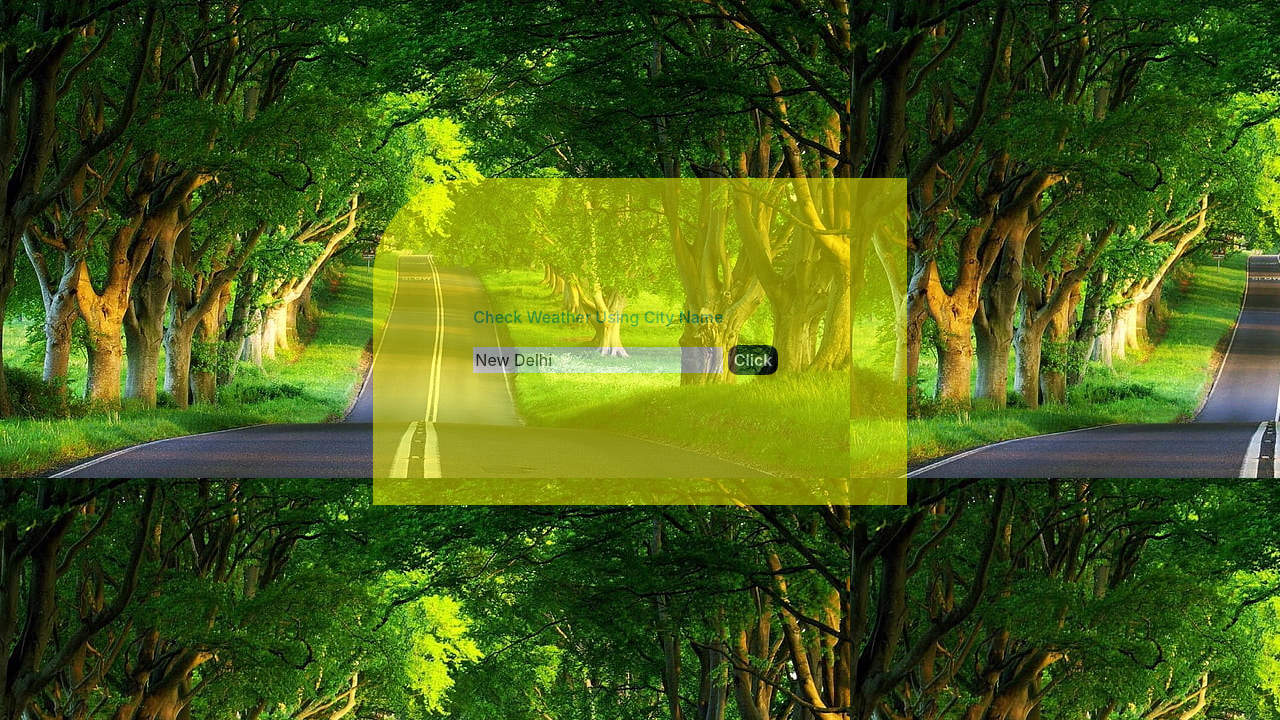
Repository: prashantkumarbind/Hospital-Weather-Concept
Page: http://localhost/weather-app/
The author's editor kept a copy of each file at every save. The page is drawn from the files as they stood at one save, then again after the next save.
The browser window is 1280 px wide. The pictures show the whole page.
The page is served by Tomcat 9. Other server files are loaded and not shown.

Above is the page before, as saved 2024-01-19 07:47:45.

### weather-app/src/main/webapp/index.jsp
<%@ page language="java" contentType="text/html; charset=ISO-8859-1"
    pageEncoding="ISO-8859-1"%>
<!DOCTYPE html>
<html>
<head>
<meta charset="ISO-8859-1">
<meta charset="utf-8">
<meta name="viewport" content="width=device-width, initial-scale=1, shrink-to-fit=no">
<link rel="stylesheet" href="https://cdn.jsdelivr.net/npm/bootstrap@4.6.2/dist/css/bootstrap.min.css">
<title>weather app</title>
<style>
	body{
		 background-image: url("img/we3.jpg");
	}
	.controller{
		margin-top:130px;
		background-color:yellow;
		padding:130px 100px;
		opacity: 0.50;
		border-top-left-radius:100px;
	}
	.button-design{
		color:white;
		background-color:black;
		margin-top:10px;
		text-align: center;
		justify-content:end;
		width:50px;
		border-radius:10px;
		font-weight:600;
		border:none;
		height:30px;
	}
	.button-design:hover{
		background-color:green;
		color:red;
	}
	.text-design{
		border:none;
		width:250px;
	}
</style>
</head>
<body>

		<section class="form-top-header header-top mt-5">
			<div class="container-fluid">
				<div class="row justify-content-center">
					<div class="col-5 form controller ">
						<h6 class="text-success">Check Weather Using City Name</h6>
						<form action="FormDataController" method="Post">
							 <div class="form-design">
							 	<input class="text-design" type="text" name="city_name" value="New Delhi">
							 	<input class="button-design" type="submit" value="Click">
							 </div>
						</form>
					</div>
				</div>
			</div>
		</section>

 <!-- <script src="https://cdn.jsdelivr.net/npm/jquery@3.5.1/dist/jquery.slim.min.js"></script>
 <script src="https://cdn.jsdelivr.net/npm/bootstrap@4.6.2/dist/js/bootstrap.bundle.min.js"></script>
 -->
</body>
</html>

After the next save:
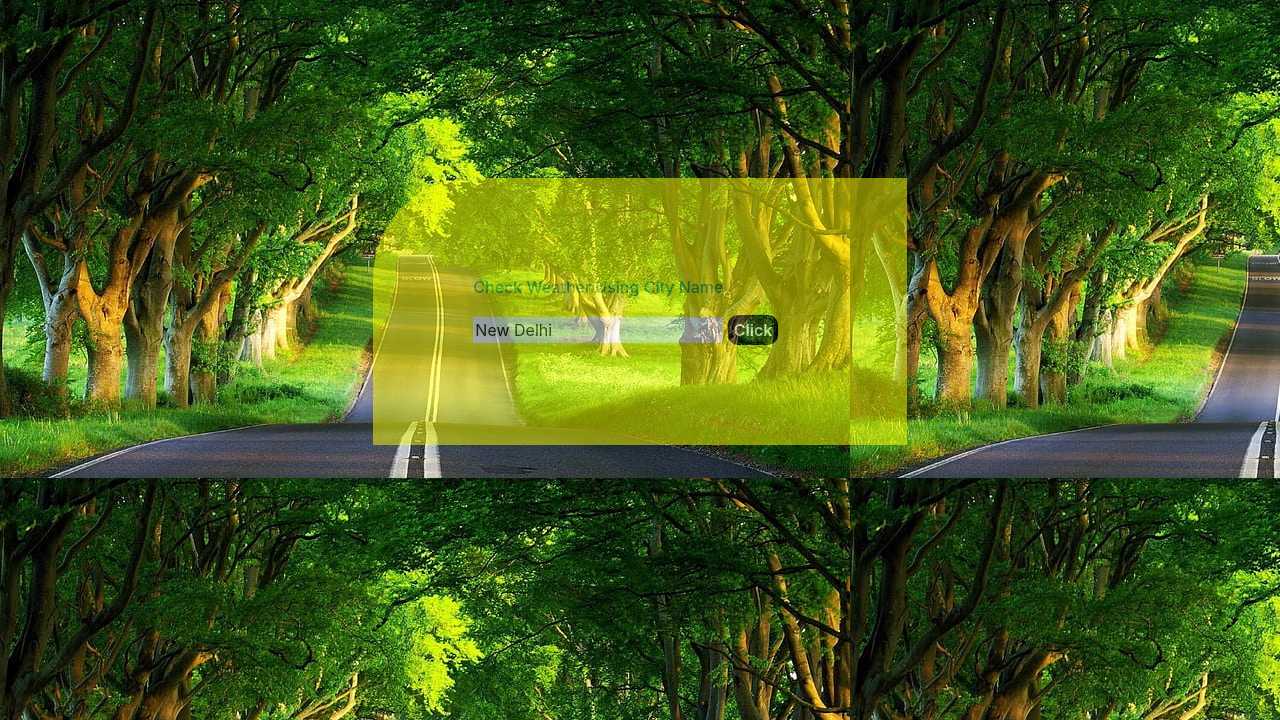
Saved 21 s later.
--- a/weather-app/src/main/webapp/index.jsp
+++ b/weather-app/src/main/webapp/index.jsp
@@ -15,7 +15,7 @@
 	.controller{
 		margin-top:130px;
 		background-color:yellow;
-		padding:130px 100px;
+		padding:100px 100px;
 		opacity: 0.50;
 		border-top-left-radius:100px;
 	}
